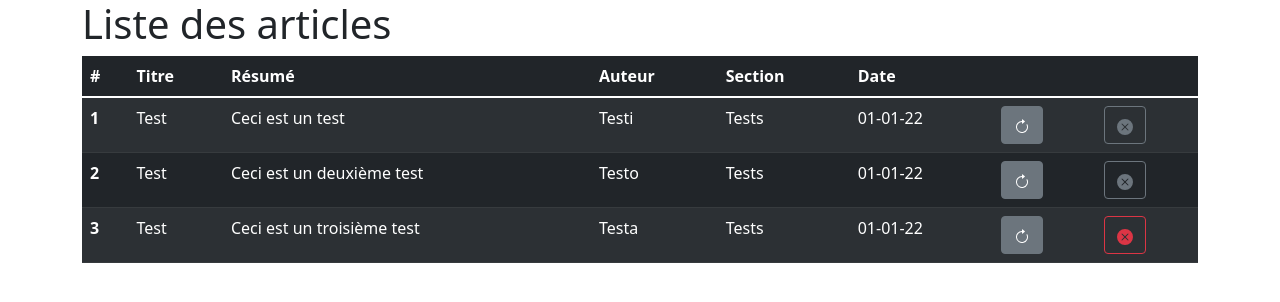
Repository: QuentinFayt/NewsWeb
Page: sources/adminNewsWeb/articlesList.html
An editor plug-in stored every save of this project. The page is shown before and after the next save, followed by the edit.
The browser window is 1280 px wide. The pictures show the whole page.

Above is the page before, as saved 2021-12-23 12:07:56.

### sources/adminNewsWeb/articlesList.html
<!doctype html>
<html lang="fr">

<head>
    <meta charset="utf-8">
    <meta name="viewport" content="width=device-width, initial-scale=1">
    <link href="https://cdn.jsdelivr.net/npm/bootstrap@5.1.3/dist/css/bootstrap.min.css" rel="stylesheet" integrity="sha384-1BmE4kWBq78iYhFldvKuhfTAU6auU8tT94WrHftjDbrCEXSU1oBoqyl2QvZ6jIW3" crossorigin="anonymous">
    <title>Liste des articles</title>
</head>

<body>
    <main class="container">
        <h1>Liste des articles</h1>
        <table class="table table-dark table-striped">
            <thead>
                <tr>
                    <th scope="col">#</th>
                    <th scope="col">Titre</th>
                    <th scope="col">Résumé</th>
                    <th scope="col">Auteur</th>
                    <th scope="col">Section</th>
                    <th scope="col">Date</th>
                    <th scope="col"></th>
                    <th scope="col"></th>
                </tr>
            </thead>
            <tbody>
                <tr>
                    <th scope="row">1</th>
                    <td>Test</td>
                    <td>Ceci est un test</td>
                    <td>Testi</td>
                    <td>Tests</td>
                    <td>01-01-22</td>
                    <td><button type="button" class="btn btn-secondary">
                            <svg xmlns="http://www.w3.org/2000/svg" width="16" height="16" fill="currentColor" class="bi bi-arrow-clockwise" viewBox="0 0 16 16">
                                <path fill-rule="evenodd" d="M8 3a5 5 0 1 0 4.546 2.914.5.5 0 0 1 .908-.417A6 6 0 1 1 8 2v1z"></path>
                                <path d="M8 4.466V.534a.25.25 0 0 1 .41-.192l2.36 1.966c.12.1.12.284 0 .384L8.41 4.658A.25.25 0 0 1 8 4.466z"></path>
                            </svg>
                        </button></td>
                    <td><button type="button" class="btn btn-outline-secondary">
                            <svg xmlns="http://www.w3.org/2000/svg" width="16" height="16" fill="currentColor" class="bi bi-x-circle-fill" viewBox="0 0 16 16">
                                <path d="M16 8A8 8 0 1 1 0 8a8 8 0 0 1 16 0zM5.354 4.646a.5.5 0 1 0-.708.708L7.293 8l-2.647 2.646a.5.5 0 0 0 .708.708L8 8.707l2.646 2.647a.5.5 0 0 0 .708-.708L8.707 8l2.647-2.646a.5.5 0 0 0-.708-.708L8 7.293 5.354 4.646z"></path>
                            </svg>
                            <span class="visually-hidden">Button</span>
                        </button></td>
                </tr>
                <tr>
                    <th scope="row">2</th>
                    <td>Test</td>
                    <td>Ceci est un deuxième test</td>
                    <td>Testo</td>
                    <td>Tests</td>
                    <td>01-01-22</td>
                    <td><button type="button" class="btn btn-secondary">
                            <svg xmlns="http://www.w3.org/2000/svg" width="16" height="16" fill="currentColor" class="bi bi-arrow-clockwise" viewBox="0 0 16 16">
                                <path fill-rule="evenodd" d="M8 3a5 5 0 1 0 4.546 2.914.5.5 0 0 1 .908-.417A6 6 0 1 1 8 2v1z"></path>
                                <path d="M8 4.466V.534a.25.25 0 0 1 .41-.192l2.36 1.966c.12.1.12.284 0 .384L8.41 4.658A.25.25 0 0 1 8 4.466z"></path>
                            </svg>
                        </button></td>
                    <td><button type="button" class="btn btn-outline-secondary">
                            <svg xmlns="http://www.w3.org/2000/svg" width="16" height="16" fill="currentColor" class="bi bi-x-circle-fill" viewBox="0 0 16 16">
                                <path d="M16 8A8 8 0 1 1 0 8a8 8 0 0 1 16 0zM5.354 4.646a.5.5 0 1 0-.708.708L7.293 8l-2.647 2.646a.5.5 0 0 0 .708.708L8 8.707l2.646 2.647a.5.5 0 0 0 .708-.708L8.707 8l2.647-2.646a.5.5 0 0 0-.708-.708L8 7.293 5.354 4.646z"></path>
                            </svg>
                            <span class="visually-hidden">Button</span>
                        </button></td>
                </tr>
                <tr>
                    <th scope="row">3</th>
                    <td>Test</td>
                    <td>Ceci est un troisième test</td>
                    <td>Testa</td>
                    <td>Tests</td>
                    <td>01-01-22</td>
                    <td><button type="button" class="btn btn-secondary">
                            <svg xmlns="http://www.w3.org/2000/svg" width="16" height="16" fill="currentColor" class="bi bi-arrow-clockwise" viewBox="0 0 16 16">
                                <path fill-rule="evenodd" d="M8 3a5 5 0 1 0 4.546 2.914.5.5 0 0 1 .908-.417A6 6 0 1 1 8 2v1z"></path>
                                <path d="M8 4.466V.534a.25.25 0 0 1 .41-.192l2.36 1.966c.12.1.12.284 0 .384L8.41 4.658A.25.25 0 0 1 8 4.466z"></path>
                            </svg>
                        </button></td>
                    <td><button type="button" class="btn btn-outline-danger">
                            <svg xmlns="http://www.w3.org/2000/svg" width="16" height="16" fill="currentColor" class="bi bi-x-circle-fill" viewBox="0 0 16 16">
                                <path d="M16 8A8 8 0 1 1 0 8a8 8 0 0 1 16 0zM5.354 4.646a.5.5 0 1 0-.708.708L7.293 8l-2.647 2.646a.5.5 0 0 0 .708.708L8 8.707l2.646 2.647a.5.5 0 0 0 .708-.708L8.707 8l2.647-2.646a.5.5 0 0 0-.708-.708L8 7.293 5.354 4.646z"></path>
                            </svg>
                            <span class="visually-hidden">Button</span>
                        </button></td>
                </tr>
            </tbody>
        </table>
    </main>
    <script src="https://cdn.jsdelivr.net/npm/bootstrap@5.1.3/dist/js/bootstrap.bundle.min.js" integrity="sha384-ka7Sk0Gln4gmtz2MlQnikT1wXgYsOg+OMhuP+IlRH9sENBO0LRn5q+8nbTov4+1p" crossorigin="anonymous"></script>
</body>

</html>

After the next save:
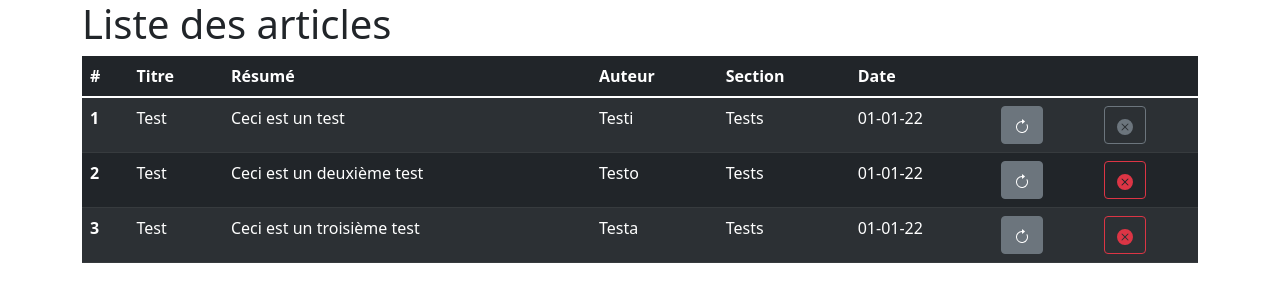
Saved 7 s later.
--- a/sources/adminNewsWeb/articlesList.html
+++ b/sources/adminNewsWeb/articlesList.html
@@ -58,7 +58,7 @@
                                 <path d="M8 4.466V.534a.25.25 0 0 1 .41-.192l2.36 1.966c.12.1.12.284 0 .384L8.41 4.658A.25.25 0 0 1 8 4.466z"></path>
                             </svg>
                         </button></td>
-                    <td><button type="button" class="btn btn-outline-secondary">
+                    <td><button type="button" class="btn btn-outline-danger">
                             <svg xmlns="http://www.w3.org/2000/svg" width="16" height="16" fill="currentColor" class="bi bi-x-circle-fill" viewBox="0 0 16 16">
                                 <path d="M16 8A8 8 0 1 1 0 8a8 8 0 0 1 16 0zM5.354 4.646a.5.5 0 1 0-.708.708L7.293 8l-2.647 2.646a.5.5 0 0 0 .708.708L8 8.707l2.646 2.647a.5.5 0 0 0 .708-.708L8.707 8l2.647-2.646a.5.5 0 0 0-.708-.708L8 7.293 5.354 4.646z"></path>
                             </svg>
